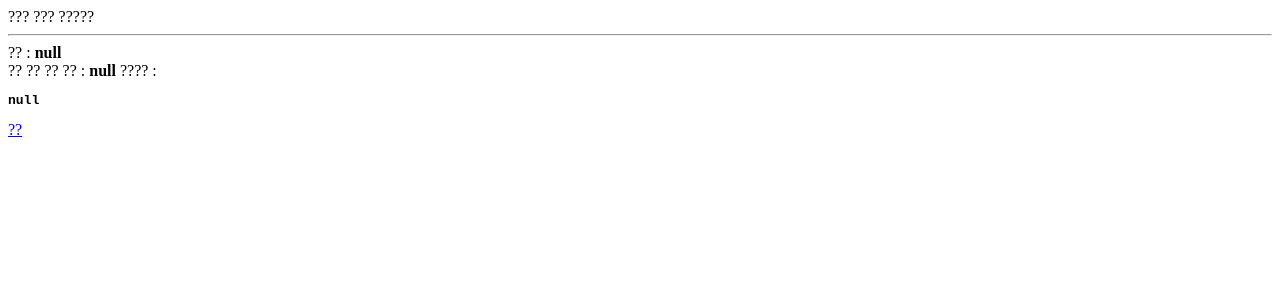
Repository: o3orr/jsp_study
Page: http://localhost/web-study-02/RadioServlet
The author's editor kept a copy of each file at every save. The page is drawn from the files as they stood at one save, then again after the next save.
The browser window is 1280 px wide. The pictures show the whole page.
The page is served by Tomcat 9.

Above is the page before, as saved 2024-02-29 02:56:40.

After the next save:
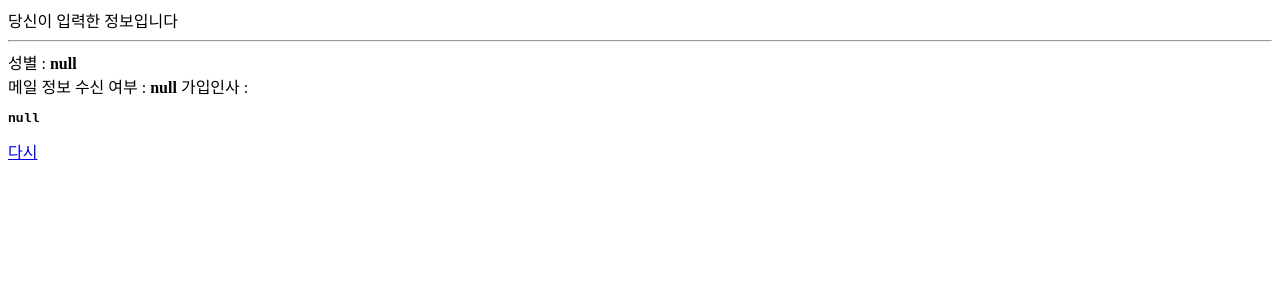
Saved 9 s later.
--- a/web-study-02/src/main/java/unit05/RadioServlet.java
+++ b/web-study-02/src/main/java/unit05/RadioServlet.java
@@ -17,7 +17,7 @@ public class RadioServlet extends HttpServlet {
 
 	protected void doGet(HttpServletRequest request, HttpServletResponse response) throws ServletException, IOException {
 
-		response.setContentType("text/html charset=utf-8");
+		response.setContentType("text/html; charset=utf-8");
 
 		String gender = request.getParameter("gender");
 		String chk_mail = request.getParameter("chk_mail");
